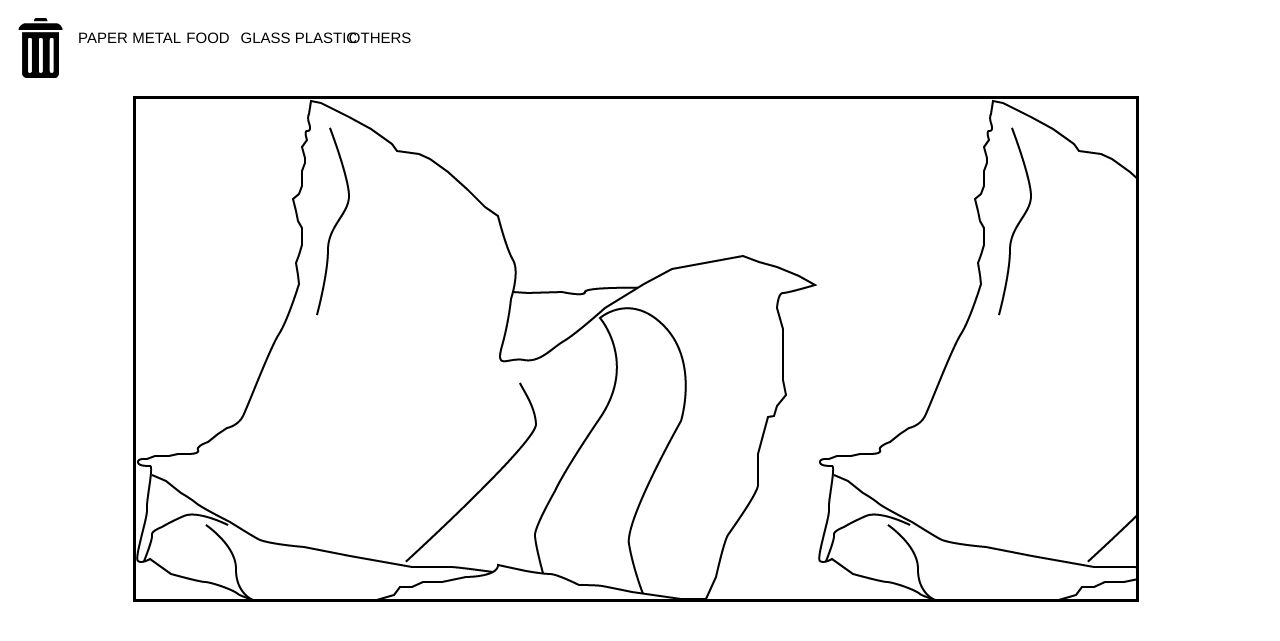
Repository: raghu225/raghu225.github.io
Page: space/test.html
The author's editor kept a record of every edit. The page is drawn from the files as they stood at one moment, then again after the next edit.
The browser window is 1280 px wide. The pictures show the whole page.
Some web libraries are served in a nearby version.

Above is the page before.

After the next edit:
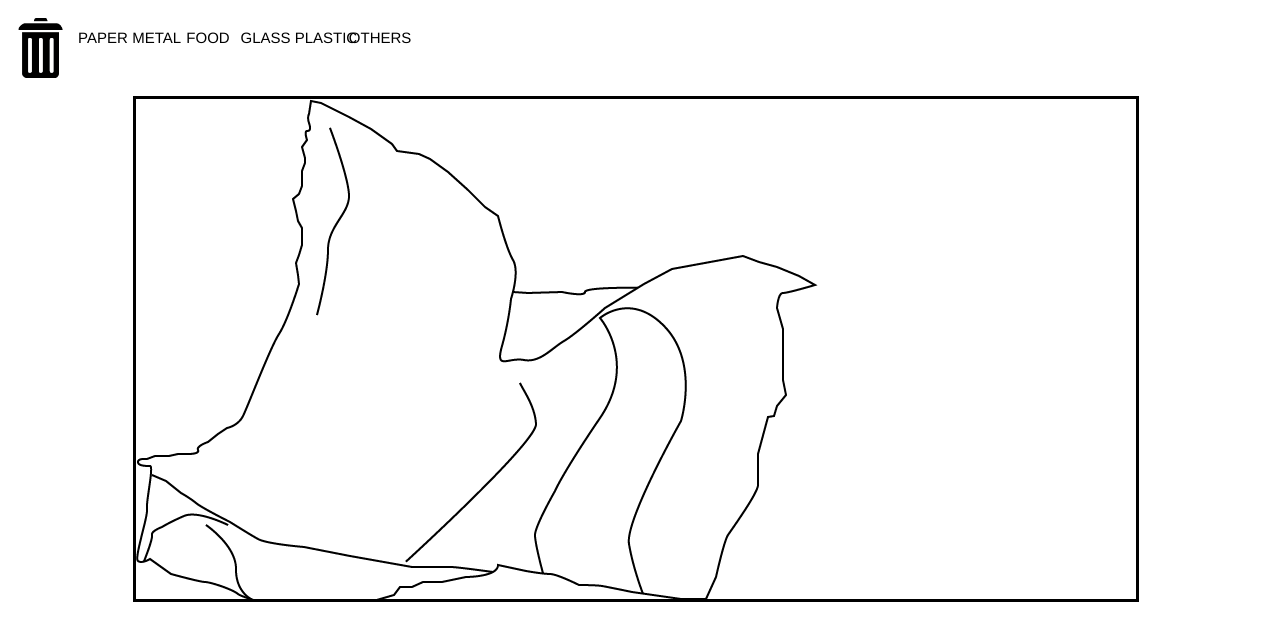
The edit:
--- a/space/assets/css/style1.css
+++ b/space/assets/css/style1.css
@@ -68,8 +68,8 @@
     margin-left: 125px;
     margin-top: 70px;
     background-color: white;
-    position: absolute;
-    /*background-repeat: repeat-x;*/
+    /*position: absolute;*/
+    background-repeat: repeat-y;
     background-image: url("images/kurkure.png");
 }
 
